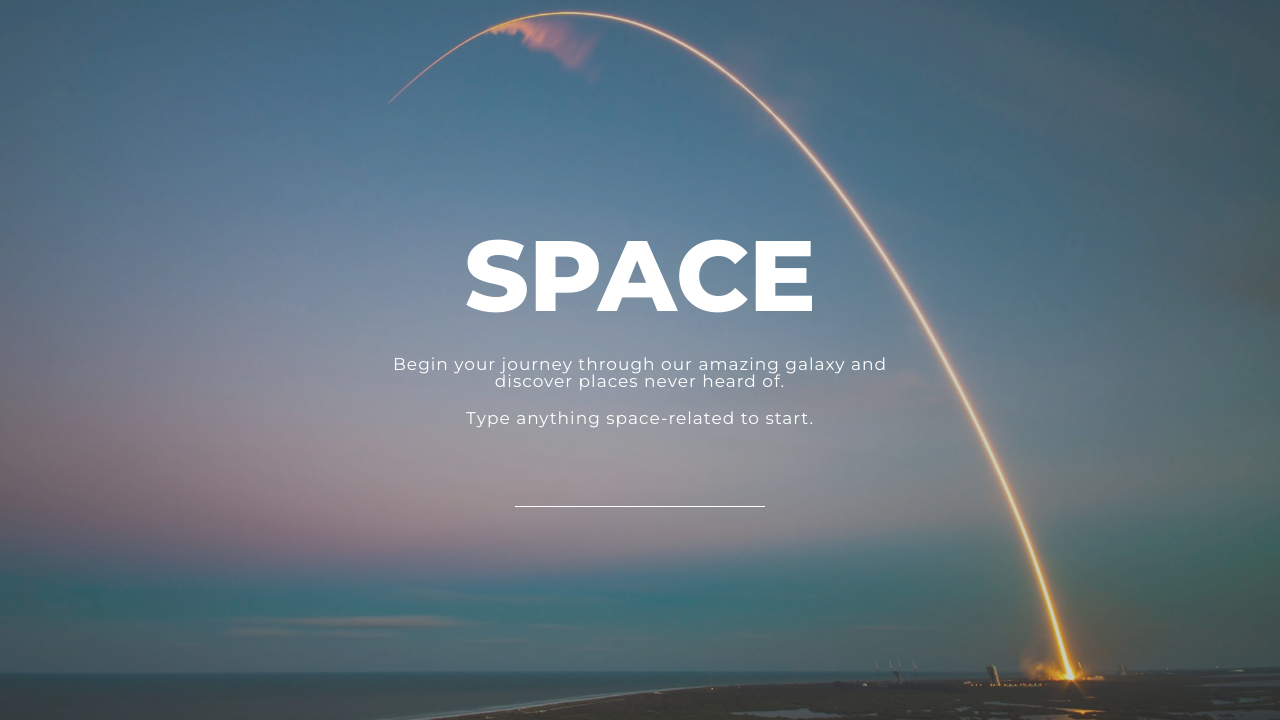
Repository: pmor80/spacer
Page: /
These files come from the project's save history. The page is drawn as it stood at one moment and after the next save; the edit follows.
The browser window is 1280 px wide. The pictures show the whole page.
The project was rebuilt for these pictures with package versions that can differ from the ones it lists, and the page was loaded fresh each time.

Above is the page before, as saved 2019-07-03 12:20:55.

After the next save:
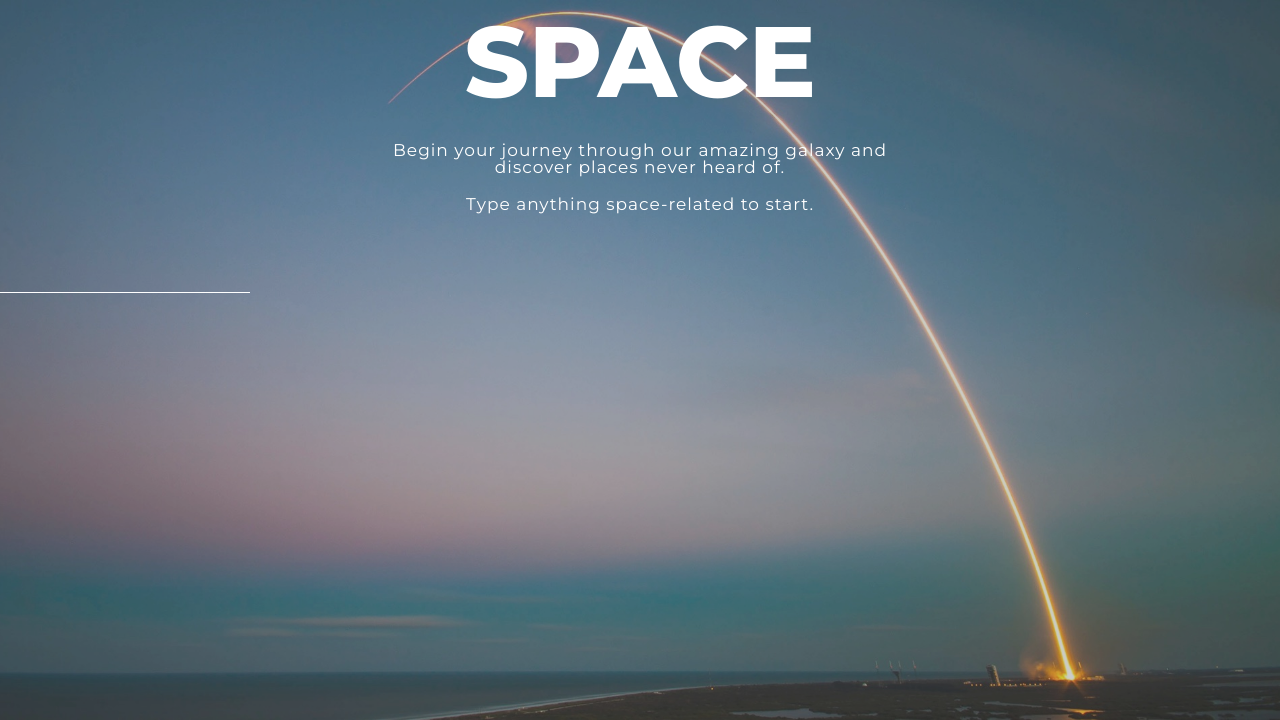
Saved 84 s later.
--- a/src/App.vue
+++ b/src/App.vue
@@ -1,5 +1,5 @@
 <template>
-  <div class="wrapper">
+  <div :class="[{flexStart: step ===1}, wrapper]">
     <HeroImage v-if="step === 0" />
     <Claim v-if="step === 0" />
     <SearchInput v-model="searchValue" @input="handleInput" :dark="step === 1" />

After the save that followed:
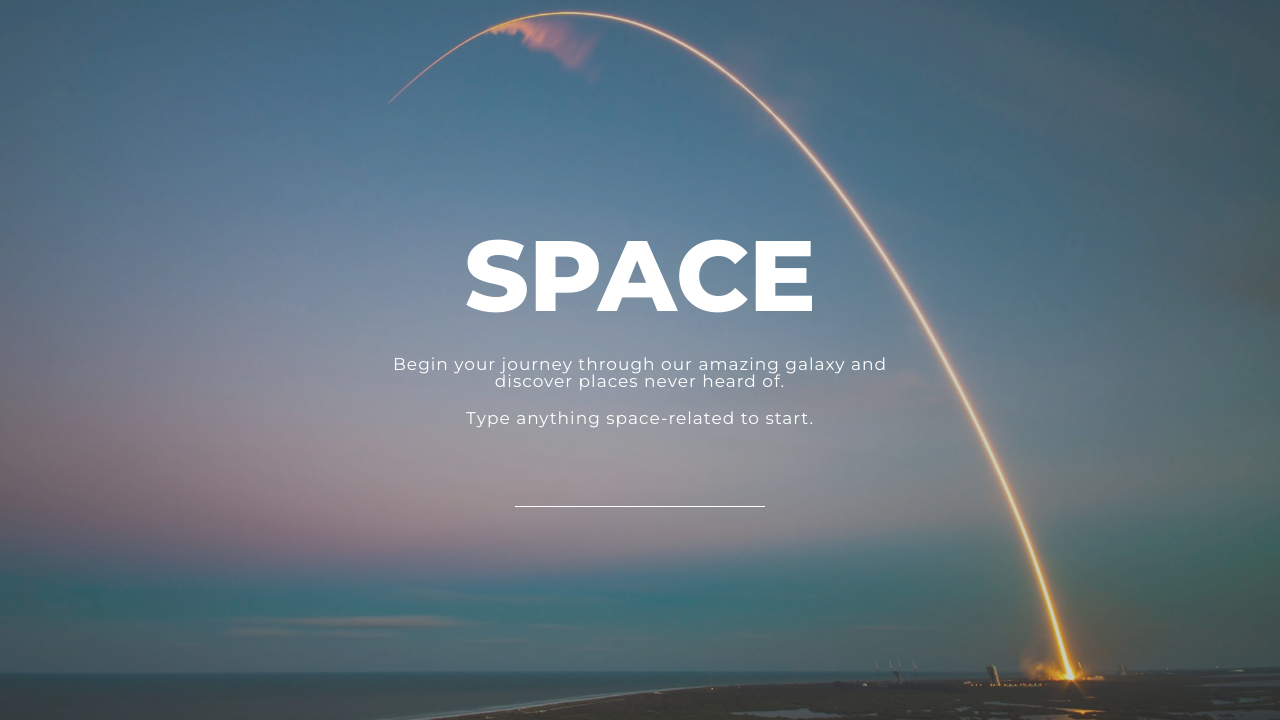
Saved 8 s later.
--- a/src/App.vue
+++ b/src/App.vue
@@ -1,5 +1,5 @@
 <template>
-  <div :class="[{flexStart: step ===1}, wrapper]">
+  <div :class="[{flexStart: step ===1}, 'wrapper']">
     <HeroImage v-if="step === 0" />
     <Claim v-if="step === 0" />
     <SearchInput v-model="searchValue" @input="handleInput" :dark="step === 1" />
